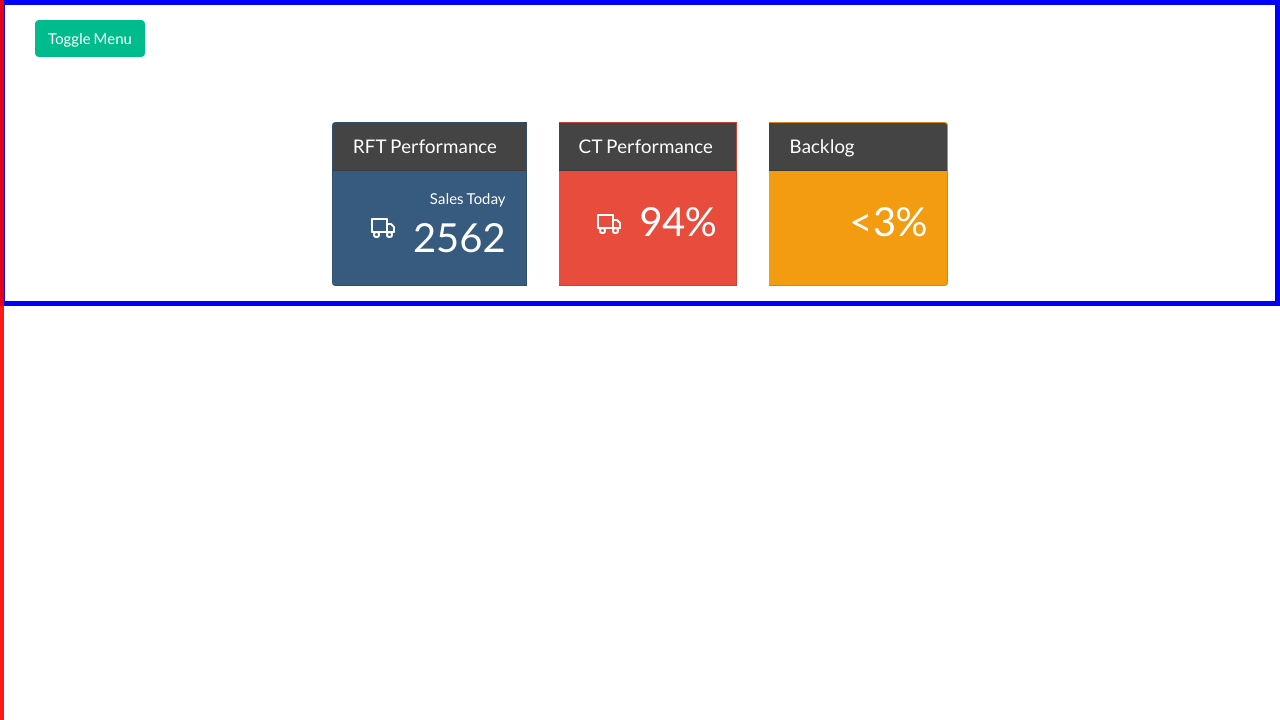
Repository: valenovi76/Delivery-Dashboard
Page: Index.html
The author's editor kept a record of every edit. The page is drawn from the files as they stood at one moment, then again after the next edit.
The browser window is 1280 px wide. The pictures show the whole page.
Some icons come from a web library that is not loaded, so they are not drawn. Some web libraries are served in a nearby version.

Above is the page before.
Console error: TypeError: Cannot read properties of null (reading 'textContent')

After the next edit:
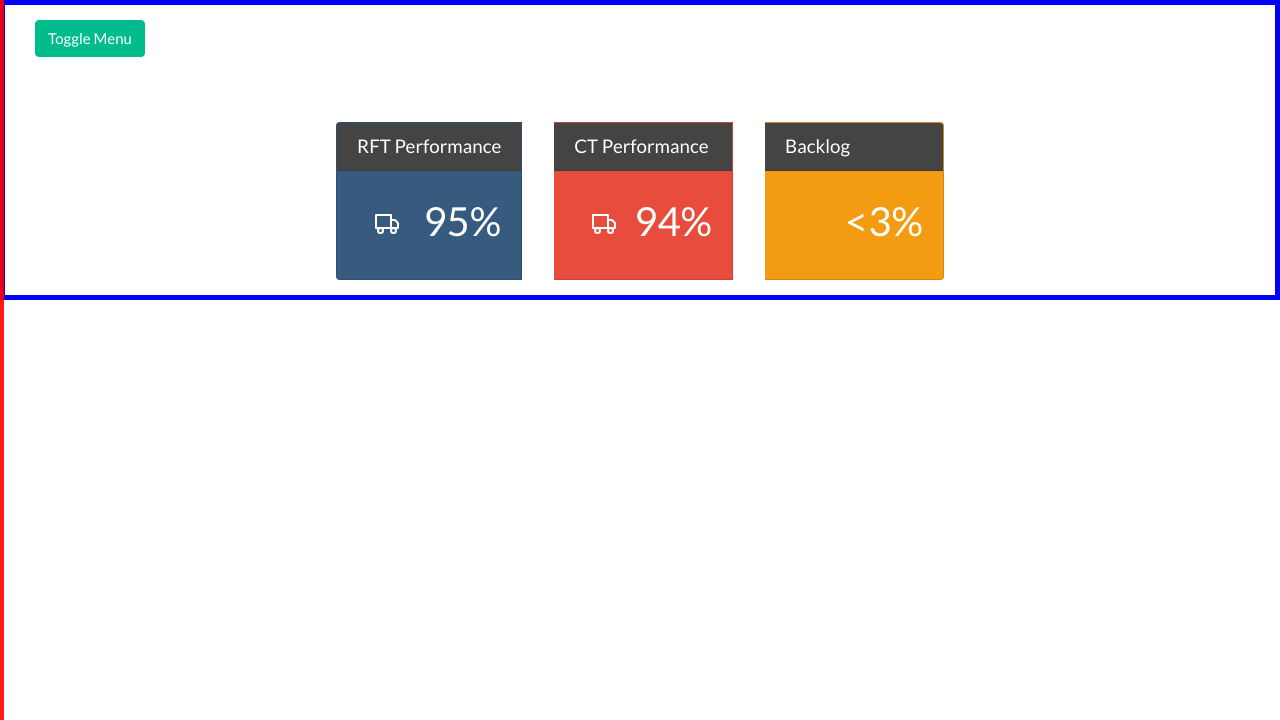
The edit:
--- a/Index.html
+++ b/Index.html
@@ -53,8 +53,8 @@
                     														</div>
                     													</div>
                     													<div class="col-8 align-self-center text-right">
-                    														<p class="text-white mb-1">Sales Today</p>
-                    														<h2 class="text-white">2562</h2>
+
+                    														<h2 class="text-white">95%</h2>
                     													</div>
                     												</div>
                     											</div>
